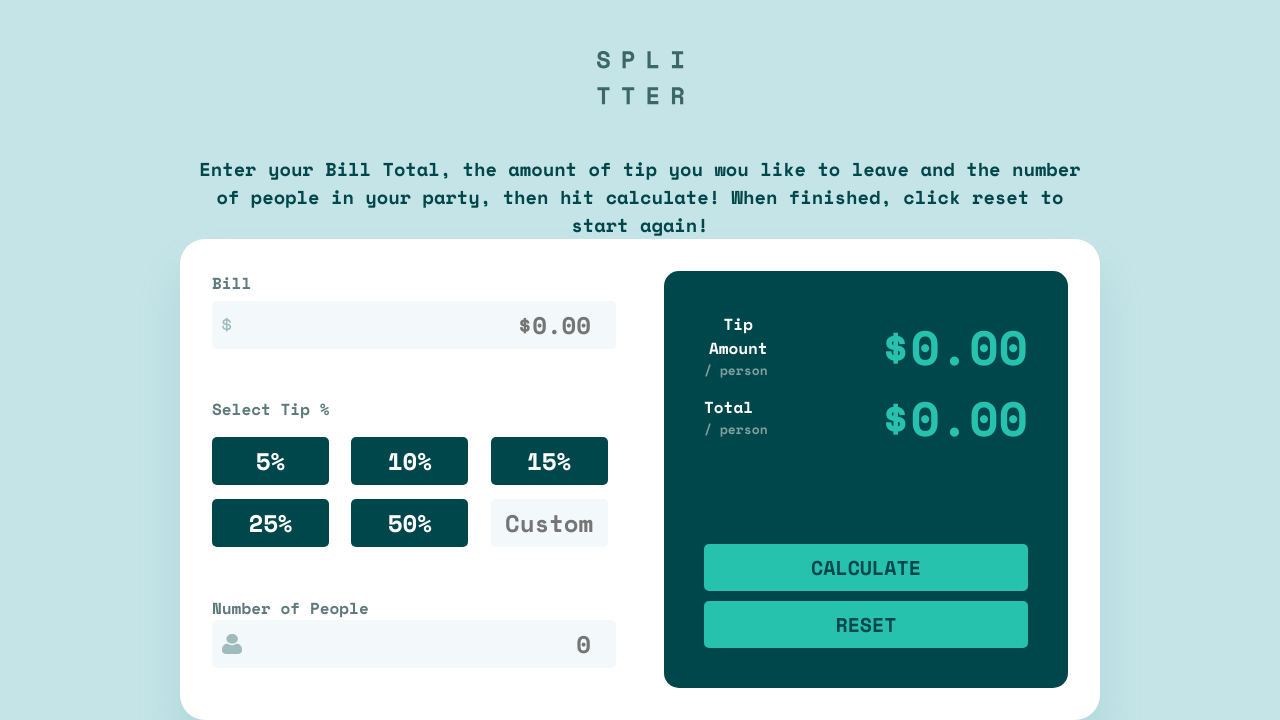
Repository: brandontaylor1/splitter
Page: index.html
An editor plug-in stored every save of this project. The page is shown before and after a run of saves, followed by the edit.
The browser window is 1280 px wide. The pictures show the whole page.

Above is the page before, as saved 2025-02-07 14:08:00.

### index.html
<!DOCTYPE html>
<html lang="en">
<head>
    <meta charset="UTF-8">
    <meta name="viewport" content="width=device-width, initial-scale=1.0">
    <link rel="preconnect" href="https://fonts.googleapis.com">
    <link rel="preconnect" href="https://fonts.gstatic.com" crossorigin>
    <link href="https://fonts.googleapis.com/css2?family=Space+Mono:ital,wght@0,400;0,700;1,400;1,700&display=swap" rel="stylesheet">
    <link rel="stylesheet" href="styles.css">
    <title>Splitter | Tip Calculator</title>
</head>
<body>
    <img src="./assets/images/logo.svg" id="logo-image" alt="logo image">
    <h1 class="error-message" id="form-error"></h1>
    <h3>Enter your Bill Total, the amount of tip you wou like to leave and the number of people in your party, then hit calculate! When finished, click reset to start again!</h3>
    <main class="container">
        <form>
            <div class="left-column">
                <div class="bill-input">
                    <div class="bill-titles">
                        <h2>Bill</h2>
                        <p class="error-message" id="bill-error"></p>
                    </div>
                    <div class="bill-input-with-icon">
                        <input type="number" min="0.00" max="10000.00" id="bill-input" placeholder="$0.00">
                    </div>
                </div>
                <div class="tip-input">
                    <div class="tip-titles">
                        <h2 id="select-tip-title">Select Tip %</h2>
                        <p class="error-message" id="tip-error"></p>
                    </div>
                    <div class="tip-buttons">
                        <button type="button" class="tip-button" value=".05">5%</button>
                        <button type="button" class="tip-button" value=".10">10%</button>
                        <button type="button" class="tip-button" value=".15">15%</button>
                        <button type="button" class="tip-button" value=".25">25%</button>
                        <button type="button" class="tip-button" value=".50">50%</button>
                        <input type="text" id="custom-tip" placeholder="Custom">
                    </div>
                </div>
                <div class="number-of-people-input">
                    <div class="people-titles">
                        <h2 id="number-of-people-title">Number of People</h2>
                        <p class="error-message" id="people-error"></p>
                    </div>
                    <div class="person-input-with-icon">
                        <input type="number" id="number-of-people-input" placeholder="0">
                    </div>
                </div>
            </div>
        </form>
        <div class="right-column">
                <div class="info-container">
                    <div class="tip-calculations">
                        <div class="tip-amount">
                            <div class="info">
                                <h3>Tip Amount</h3>
                                <p>/ person</p>
                            </div>
                            <div class="amount">
                                <h1 id="tip-amount">$0.00</h1>
                            </div>
                        </div>
                        <div class="total">
                            <div class="info">
                                <h3>Total</h3>
                                <p>/ person</p>
                            </div>
                            <div class="amount">
                                <h1 id="total-amount">$0.00</h1>
                            </div>
                        </div>
                    </div>
                    <div class="button-container">
                        <button type="button" id="calculate-button">
                            CALCULATE
                        </button>
                        <button type="button" id="reset-button">
                            RESET
                        </button>
                    </div>
        </div>
    </main>

    <script src="index.js"></script>
</body>
</html>

### styles.css
* {
    box-sizing: border-box;
    margin: 0;
    padding: 0;
}

:root {
    --background-color: #C5E4E7;
    --input-button-color: #00474B;
    --primary-white: #fff;
    --calculated-numbers-color: #26C2AE;
    --input-title-color: #5E7A7D;
    --input-background-color: #F3F9FA;
    --input-icon-color: #9EBBBD;
    --title-text-color: #3D6666;
    --custom-input-color: #547878;
}

/* UTILITY CLASSES */
.space-mono-regular {
    font-family: "Space Mono", serif;
    font-weight: 400;
    font-style: normal;
  }

  .space-mono-bold {
    font-family: "Space Mono", serif;
    font-weight: 700;
    font-style: normal;
  }

  .space-mono-regular-italic {
    font-family: "Space Mono", serif;
    font-weight: 400;
    font-style: italic;
  }

  .space-mono-bold-italic {
    font-family: "Space Mono", serif;
    font-weight: 700;
    font-style: italic;
  }


body {
    background-color: #C5E4E7;
    height: 100vh;
    width: 100%;
    display: flex;
    flex-direction: column;
    justify-content: center;
    align-items: center;
    font-family: "Space Mono", monospace;
}

#logo-image {
    margin: 50px 0;
}

h3 {
    width: 70%;
    text-align: center;
    color: #00474B;
    font-size: ;
}

.container {
    background-color: var(--primary-white);
    width: 920px;
    height: 481px;
    border-radius: 25px;
    box-shadow: 0px 32px 43px 0px rgba(79, 166, 175, 0.20);
    display: grid;
    gap: 48px;
    grid-template-columns: 1fr 1fr;
    padding: 32px;
}

.left-column {
    display: flex;
    flex-direction: column;
    justify-content: space-between;
    width: 100%;
    height: 100%;
}

.right-column {
    grid-column: 2 / 3;
    width: 100%;
    height: 100%;
    border-radius: 15px;
    background-color: var(--input-text-color);
}

input {
    height: 48px;
    width: 100%;
    padding: 10px;
    display: flex;
    flex-direction: row;
    justify-content: space-between;
    background-color: var(--input-background-color);
    border: none;
    border-radius: 5px;
    margin-bottom: 20px;
}

.person-input-with-icon input{
    width: 100%;
    font-family: "Space Mono", monospace;
    font-size: 24px;
    color: #00474B;
    font-weight: 600;
    background-image: url("./assets/images/icon-person.svg");
    background-repeat: no-repeat;
    background-position: 10px center;
    background-size: 20px 20px;
    text-align: right;
}

#bill-input {
    width: 100%;
    font-family: "Space Mono", monospace;
    font-size: 24px;
    font-weight: 600;
}

#number-of-people-input {
    width: 100%;
    font-family: "Space Mono", monospace;
    font-size: 24px;
    color: #00474B;
    font-weight: 600;
}

.bill-input-with-icon input {
    width: 100%;
    font-family: "Space Mono", monospace;
    font-size: 24px;
    color: #00474B;
    font-weight: 600;
    background-image: url("./assets/images/icon-dollar.svg");
    background-repeat: no-repeat;
    background-position: 10px center;
    background-size: auto 15px;
    text-align: right;
}

.bill-input h2 {
    font-size: 16px;
    color: var(--input-title-color);
    margin-bottom: 6px;
}

.tip-buttons {
    display: grid;
    grid-template-columns: repeat(3, 1fr);
    gap: 14px;
}

#select-tip-title {
    color: #5E7A7D;
    font-size: 16px;
    margin-bottom: 16px;
}

.tip-button {
    width: 117px;
    height: 48px;
    flex-shrink: 0;
    border: none;
    border-radius: 5px;
    background-color: #00474B;
    color: var(--primary-white);
    font-family: "Space Mono", monospace;
    font-size: 24px;
    font-weight: 600;
}


.tip-button:hover {
    background-color: #26C2AE;
    color: #00474B;
}

.active {
    background-color: #26C2AE;
    color: #00474B;
}

.disabled {
    background-color: #00474B;
    color: #5E7A7D;
    opacity: .5;
}

#custom-tip {
    width: 117px;
    height: 48px;
    flex-shrink: 0;
    text-align: center;
    font-size: 24px;
    font-weight: 600;
    font-family: "Space Mono", monospace;
}

#number-of-people-title {
    color: #5E7A7D;
    font-size: 16px;
}


.right-column {
    background-color: #00474B;
    padding: 40px;
    display: flex;
    flex-direction: column;
    justify-content: space-between;
}

.info-container {
    display: flex;
    flex-direction: column;
    justify-content: space-between;
    height: 100%;

}

.tip-amount, .total {
    display: flex;
    flex-direction: row;
    justify-content: space-between;
    align-items: center;
    color: var(--primary-white);
}

.amount {
    color: #26C2AE;
    font-size: 24px;
    font-family: "Space Mono", monospace;
}

.info h3 {
    font-size: 16px;
    color: var(--primary-white);
}

.info p {
    font-size: 13px;
    color: #7F9D9F;
    font-family: "Space Mono", monospace;
    font-weight: 700;
}

.button-container {
    display: flex;
    flex-direction: column;


}

#calculate-button   {
    padding: 9px 40px;
    text-align: center;
    border: none;
    cursor: pointer;
    background-color: #26C2AE;
    color: #00474B;
    border-radius: 5px;
    font-size: 20px;
    font-weight: 600;
    font-family: "Space Mono", monospace;
    margin-bottom: 10px;
}

#reset-button {
    padding: 9px 40px;
    text-align: center;
    border: none;
    cursor: pointer;
    background-color: #26C2AE;
    color: #00474B;
    border-radius: 5px;
    font-size: 20px;
    font-weight: 600;
    font-family: "Space Mono", monospace;
}

.error-message {
    color: red;
    font-size: 10px;
}

.bill-titles, .people-titles, .tip-titles {
    display: flex;
    flex-direction: row;
    justify-content: space-between;
    align-items: center;
}

#form-error {
    font-size: 18px;
}

@media screen and (max-width: 852px) {
    .container {
        width: 90%;
        height: 100%;
        display: flex;
        flex-direction: column;
        justify-content: space-between;
        padding: 20px;
    }

    .right-column {
        grid-column: 1 / 2;
        width: 100%;
        height: 100%;
        border-radius: 15px;
        background-color: var(--input-text-color);
    }

    .left-column {
        display: flex;
        flex-direction: column;
        justify-content: space-between;
        width: 100%;
        height: 100%;
    }

    .right-column {
        background-color: #00474B;
        padding: 40px;
        display: flex;
        flex-direction: column;
        justify-content: space-between;
    }

    .info-container {
        display: flex;
        flex-direction: column;
        justify-content: space-between;
        height: 100%;
    }

    .tip-amount, .total {
        display: flex;
        flex-direction: row;
        justify-content: space-between;
        align-items: center;
        color: var(--primary-white);
    }

    .amount {
        color: #26C2AE;
        font-size: 24px;
        font-family: "Space Mono", monospace;
    }

    .info h3 {
        font-size: 16px;
        color: var(--primary-white);
    }

    .info p {
        font-size: 13px;
        color: #7F9D9F;
        font-family: "Space Mono", monospace;
        font-weight: 700;
    }

    .button-container {
        display: flex;
        flex-direction: column;
    }

    #calculate-button   {
        padding: 9px 40px;
        text-align: center;
        border: none;
        cursor: pointer;
        background-color: #26C2AE;
        color: #00474B;
        border-radius: 5px;
        font-size: 20px;
        font-weight: 600;
        font-family: "Space Mono", monospace;
        margin-bottom: 10px;
    }

    #reset-button {
        padding: 9px 40px;
        text-align: center;
        border: none;
        cursor: pointer;
        background-color: #26C2AE;
    }
}

### index.js
const billInput = document.querySelector("#bill-input");
const peopleInput = document.querySelector("#number-of-people-input");
const tipAmountElement = document.getElementById("tip-amount");
const totalAmountElement = document.getElementById("total-amount");
const tipButtons = document.querySelectorAll('.tip-button')

const calculateBtn = document.querySelector("#calculate-button");
const resetBtn = document.querySelector("#reset-button");
const formError = document.querySelector('#form-error')
const peopleError = document.querySelector("#people-error");
const billError = document.querySelector('#bill-error')
const tipError = document.querySelector('#tip-error')

let billAmount = 0
let tipPercentage = 0
let numberOfPeople = 0

tipButtons.forEach(button => {
    button.addEventListener('click', () => {
        if(button.classList.contains('active')) {
            button.classList.remove('active')
        } else {
            button.classList.add('active')
        }
        tipPercentage = button.value
        console.log(tipPercentage)
    })
})

function validateAmount(input) {
    if(!isNaN(input) && input !== "" && input > 0) {
        const dollarAmount = parseFloat(input);
        billAmount = dollarAmount;
    } else {
        console.log("Invalid input. Please enter a valid number");
        billError.textContent = "Please enter a valid number";
    }
}

function validatePeople(input) {
    if(!isNaN(input) && input !== "" && input > 0) {
        const people = parseFloat(input);
        numberOfPeople = people;
        console.log(numberOfPeople)
    } else {
        console.log("Invalid input. Please enter a valid number");
        peopleError.textContent = "Please enter a valid number";
    }
}

function calculateTipAmount(bill, tipCalculated, people) {
    return (bill * tipCalculated) / people
}

function calculateTotalAmount(bill, tipAmount, people) {
    return (bill + tipAmount) / people

}

calculateBtn.addEventListener("click", () => {
    let hasError = false;

    // if(billAmount === undefined || tipPercentage === undefined || numberOfPeople === undefined) {
    //     formError.innerText = "Please fill out all fields";
    //     hasError = true;
    // }

    if (billAmount === undefined || billAmount === "" || billAmount === 0) {
        billError.innerText = "Please enter a bill amount";
        hasError = true;
        tip.innerText = "$0.00";
        total.innerText = "$0.00";
    } else {
        billError.innerText = "";
    }

    if (tipPercentage === undefined || tipPercentage === "" || tipPercentage === 0) {
        tipError.innerText = "Please select a tip percentage";
        hasError = true;
        tip.innerText = "$0.00";
        total.innerText = "$0.00";
    } else {
        tipError.innerText = "";
    }

    if (numberOfPeople === undefined || numberOfPeople === "" || numberOfPeople === 0) {
        peopleError.innerText = "Please enter a valid number";
        hasError = true;
        tip.innerText = "$0.00";
        total.innerText = "$0.00";
    } else {
        peopleError.innerText = "";
    }


    const tipAmount = calculateTipAmount(billAmount, tipPercentage, numberOfPeople)
    const totalAmount = calculateTotalAmount(billAmount, tipAmount, numberOfPeople)

    tipAmountElement.innerText = `$${tipAmount.toFixed(2)}`;
    totalAmountElement.innerText = `$${totalAmount.toFixed(2)}`;

    calculateBtn.disabled = true;

})

resetBtn.addEventListener("click", () => {
    billInput.value = ""
    peopleInput.value = ""
    tipAmount = 0
    totalBill = 0
    tipAmountElement.innerText = "$0.00"
    totalAmountElement.innerText = "$0.00"
    tipButtons.forEach(button => {
        button.classList.remove('active')
    })
    tipPercentage = 0
    billAmount = 0
    numberOfPeople = 0
    formError.innerText = ""
    billError.innerText = ""
    tipError.innerText = ""
    peopleError.innerText = ""

    calculateBtn.disabled = false

})

billInput.addEventListener("input", () => {
    console.log(billInput.value);
    validateAmount(billInput.value);
})

peopleInput.addEventListener("input", () => {
    console.log(peopleInput.value);
    validatePeople(peopleInput.value);
})

After the next 4 saves:
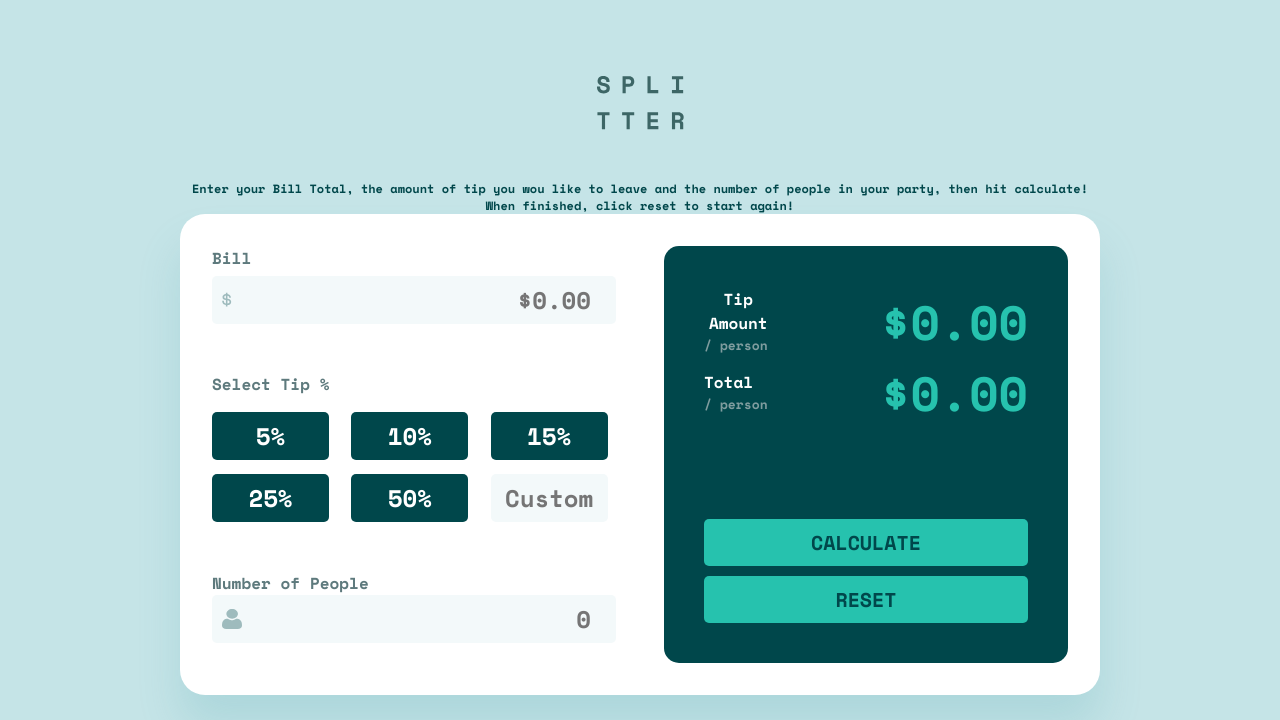
The 4 saves are shown as one change because they came seconds apart.
The last was saved 13 s later.
--- a/styles.css
+++ b/styles.css
@@ -61,7 +61,9 @@ h3 {
     width: 70%;
     text-align: center;
     color: #00474B;
-    font-size: ;
+    font-size: 12px;
+    font-weight: 700;
+    margin:
 }
 
 .container {
